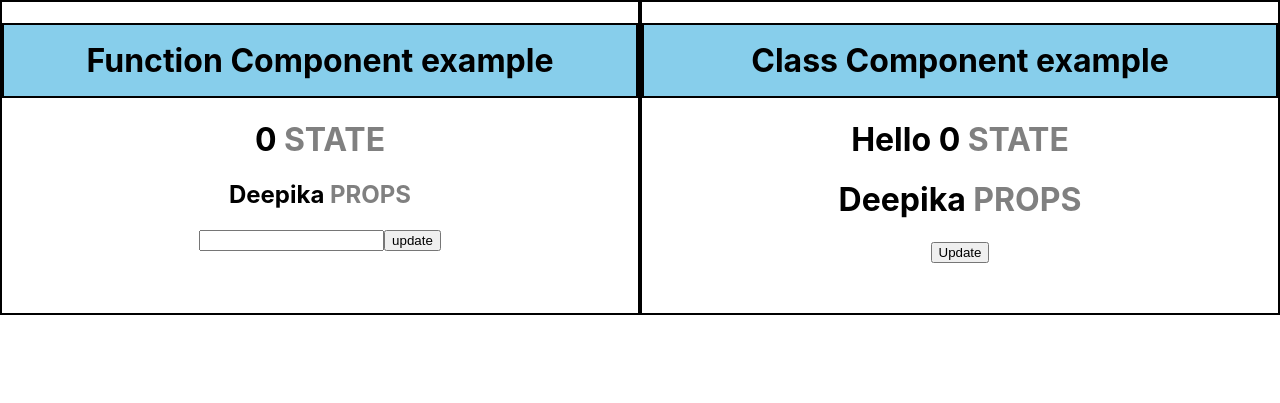
Repository: DeepikaSuretek/React
Page: / (app in practice-app/)
The author's editor kept a copy of each file at every save. The page is drawn from the files as they stood at one save, then again after the next save.
The browser window is 1280 px wide. The pictures show the whole page.
The project was rebuilt for these pictures with package versions that can differ from the ones it lists, and the page was loaded fresh each time.

Above is the page before, as saved 2024-07-08 21:11:12.

### practice-app/src/App.js
import './App.css';
import User from './class-component/class';
import Fun from './functional-component/function'

function App() {
  return (
    <div className="App" style={{display: "inline-flex",
      width: "100%"}}>
      <div style={{width:"50%",border: "2px solid","padding-bottom": "50px"}}>
        <h1 style={{"backgroundColor": "skyblue","padding": "16px","border": "2px solid"}}>Function Component example</h1>
        <Fun name="Deepika" />
      </div>
      <div style={{width:"50%",border: "2px solid","padding-bottom": "50px"}}>
        <h1 style={{"backgroundColor": "skyblue","padding": "16px","border": "2px solid"}}>Class Component example</h1>
        <User name="Deepika"></User>
        </div>

    </div>
  );
}

export default App;

### practice-app/src/App.css
.App {
  text-align: center;
}

.App-logo {
  height: 40vmin;
  pointer-events: none;
}

@media (prefers-reduced-motion: no-preference) {
  .App-logo {
    animation: App-logo-spin infinite 20s linear;
  }
}

.App-header {
  background-color: #282c34;
  min-height: 100vh;
  display: flex;
  flex-direction: column;
  align-items: center;
  justify-content: center;
  font-size: calc(10px + 2vmin);
  color: white;
}

.App-link {
  color: #61dafb;
}

@keyframes App-logo-spin {
  from {
    transform: rotate(0deg);
  }
  to {
    transform: rotate(360deg);
  }
}

.loader{
  height: 100px;
  width: 100px;
  border: 8px solid;
  border-color: black black black red;
  border-radius: 50%;
  animation: App-logo-spin 2s linear infinite;
}

.highlight{
  color:gray
}

### practice-app/src/class-component/class.js
import { Component } from "react"

class User extends Component{
    constructor(){
        super();
        this.state = {
            data:0
        }
    }

    changeData(){
        this.setState({data: this.state.data+1});
    }
    render(){
        return(
           <div><h1>Hello {this.state.data}<span className="highlight">  STATE</span></h1>
           <h1>{this.props.name}<span className="highlight">  PROPS</span></h1>
           <button onClick={()=>this.changeData()}>Update</button>
           </div>

        )
    }
}

export default User;

### practice-app/src/functional-component/function.js
import { useState } from "react";

function Fun(props) {
    const [count,setCount] = useState(0);
    const [inputData,setInputData] = useState();
    function updateCount(){
       setCount(count+1);
    }
    function getData(val){
        setInputData(val.target.value)
    }
    return(
        <div>
            <h1>{count} <span className="highlight">STATE</span></h1>
            <h2>{props.name}  <span className="highlight"> PROPS</span></h2>
            <input onChange={getData}></input>
            <button onClick={updateCount}>update</button>
        </div>

    )
}

export default Fun;

Loaded but not shown: practice-app/public/index.html (common file); practice-app/src/index.js (common file); practice-app/src/index.css (common file); practice-app/src/reportWebVitals.js (common file)

After the next save:
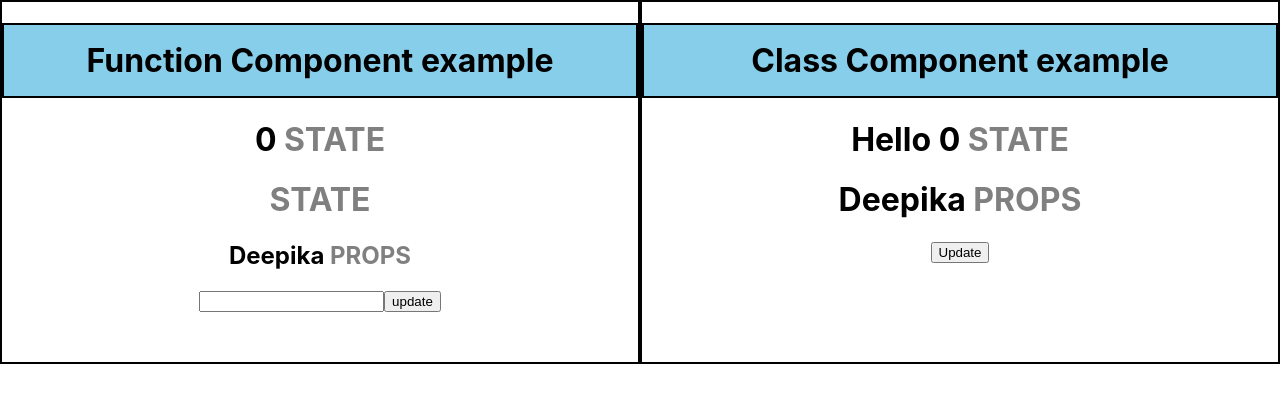
Saved 56 s later.
--- a/practice-app/src/functional-component/function.js
+++ b/practice-app/src/functional-component/function.js
@@ -12,6 +12,7 @@ function Fun(props) {
     return(
         <div>
             <h1>{count} <span className="highlight">STATE</span></h1>
+            <h1>{inputData} <span className="highlight">STATE</span></h1>
             <h2>{props.name}  <span className="highlight"> PROPS</span></h2>
             <input onChange={getData}></input>
             <button onClick={updateCount}>update</button>
